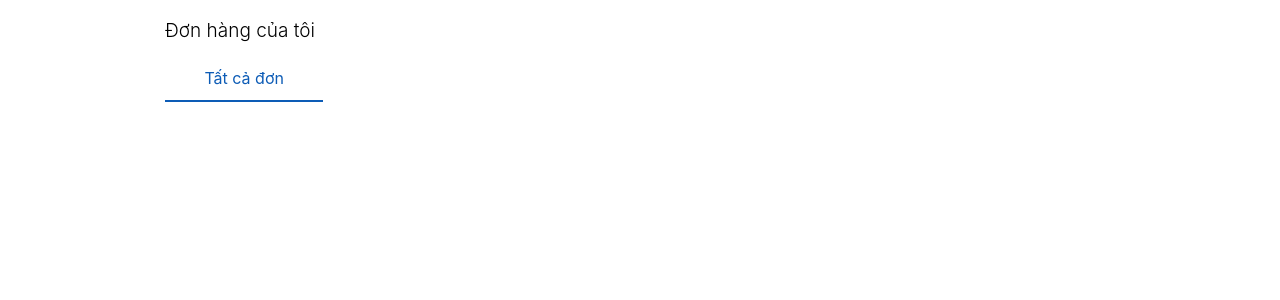
Repository: baopham2-tiki/tiki-order-listing
Page: /oderApp
The author's editor kept a copy of each file at every save. The page is drawn from the files as they stood at one save, then again after the next save.
The browser window is 1280 px wide. The pictures show the whole page.
The project was rebuilt for these pictures with package versions that can differ from the ones it lists, and the page was loaded fresh each time. The framework's server and built-in components were replaced by stand-ins that run in the browser. Also part of the build but not shown: next.config.js.

Above is the page before, as saved 2022-11-10 00:11:45.

After the next save:
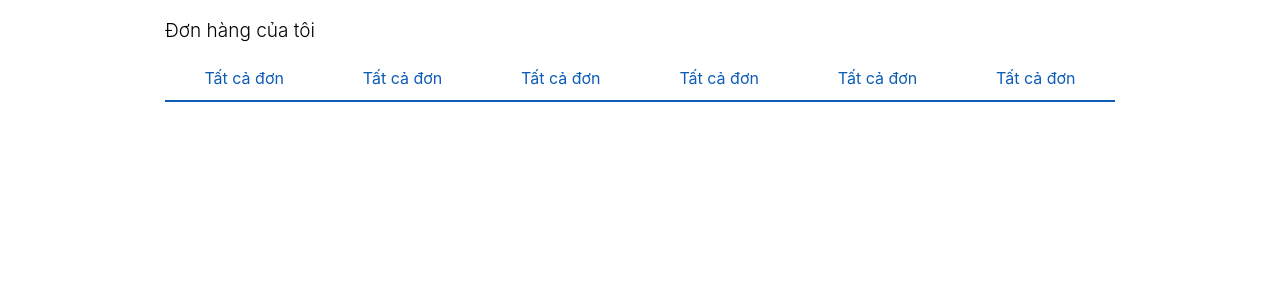
Saved 11 s later.
--- a/pages/oderApp.tsx
+++ b/pages/oderApp.tsx
@@ -35,6 +35,11 @@ export default function oderApp() {
       <Heading>Đơn hàng của tôi</Heading>
       <StyledTabs>
         <StyledOrderTabs>Tất cả đơn</StyledOrderTabs>
+        <StyledOrderTabs>Tất cả đơn</StyledOrderTabs>
+        <StyledOrderTabs>Tất cả đơn</StyledOrderTabs>
+        <StyledOrderTabs>Tất cả đơn</StyledOrderTabs>
+        <StyledOrderTabs>Tất cả đơn</StyledOrderTabs>
+        <StyledOrderTabs>Tất cả đơn</StyledOrderTabs>
       </StyledTabs>
     </StyledOrderApp>
   )
